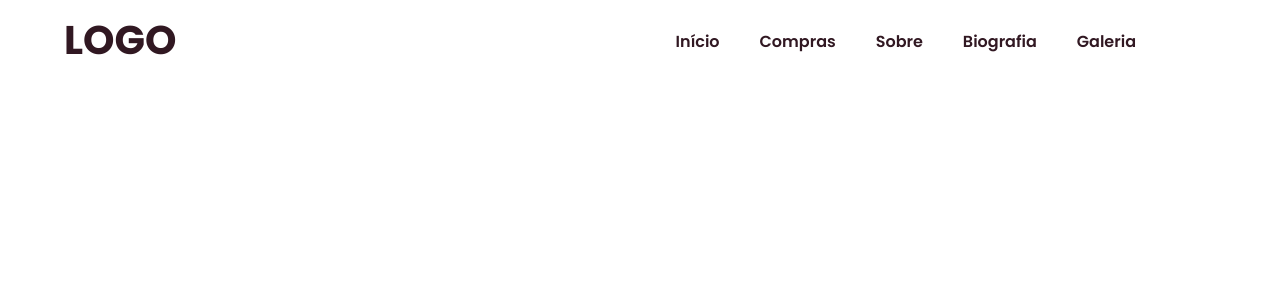
Repository: Matheus904-12/Teste
Page: teste.html
The author's editor kept a copy of each file at every save. The page is drawn from the files as they stood at one save, then again after a run of saves.
The browser window is 1280 px wide. The pictures show the whole page.
Some icons come from a web library that is not loaded, so they are not drawn.

Above is the page before, as saved 2023-11-01 10:13:09.

### teste.html
<!DOCTYPE html>
<html lang="en">
<head>
    <meta charset="UTF-8">
    <meta name="viewport" content="width=device-width, initial-scale=1.0">
    <title>Document</title>
    <link rel="stylesheet" href="css.css">
    <link rel="stylesheet" href="https://cdnjs.cloudflare.com/ajax/libs/font-awesome/6.4.0/css/all">
</head>
<body>
    <header>
        <div class="logo">
            Logo
        </div>
        <nav>
            <ul class="menu">
                <li><a href="#">Início</a></li>
                <li><a href="#">Compras</a></li>
                <li><a href="#">Sobre</a></li>
                <li><a href="#">Biografia</a></li>
                <li><a href="#">Galeria</a></li>
            </ul>
            <i class="fa-solid fa-bars" id="toggle"></i>
        </nav>
    </header>
</body>
</html>

### css.css
@import url('https://fonts.googleapis.com/css?family=Poppins:ital,wght@0,100;0,200;0,300;0,400;0,500;0,600;0,700;0,800;0,900;1,100;1,200;1,300;1,400;1,500;1,600;1,700;1,800;1,900&display=swap');

*{
    margin: 0;
    padding: 0;
    box-sizing: border-box;
    list-style: none;
    text-decoration: none;
    font-family: "Poppins", sans-serif;
}

body {
    min-height: 100vh;
    min-width: 400px;
    overflow: hidden;
}

header {
    display: flex;
    align-items: center;
    justify-content: flex-end;
    width: 100%;
    height: 80px;
    padding: 0 5%;
    color: #311822;
    font-size: 18px;
}

header .logo {
    color:#311822;
    font-size: 2.5rem;
    font-weight: 700;
    text-transform: uppercase;
    margin-right: auto;
}

header nav {
    display: flex;
    align-items: center;
}

header nav .menu {
    display: flex;
    align-items:center;
}

header nav .menu li a {
    position: relative;
    color:#311822;
    font-size: 1rem;
    font-weight: 600;
    margin-left: 40px;
    border-radius: 0.4rem;
    transition: color 0.4s ease;
}

header nav .menu li a:hover {
    color: #fff
}

header nav #toggle {
    font-size: 1.3rem;
    margin-left: 80px;
    cursor: pointer;
}

After the next 2 saves:
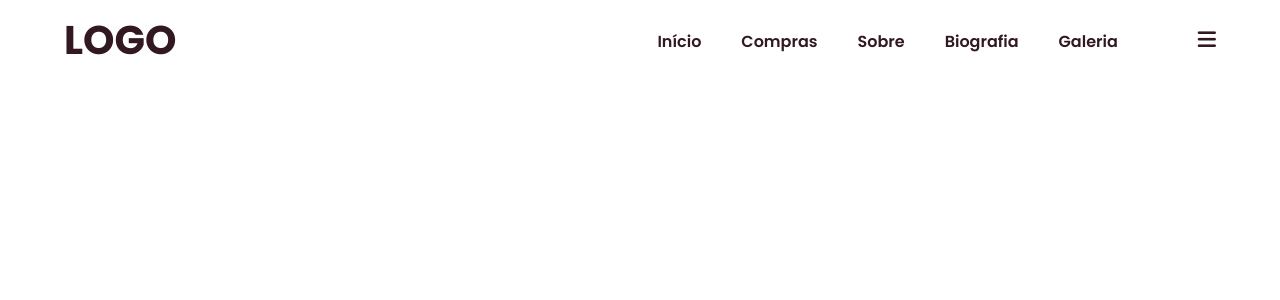
The 2 saves are shown as one change because they came seconds apart.
The last was saved 6 s later.
--- a/teste.html
+++ b/teste.html
@@ -5,7 +5,7 @@
     <meta name="viewport" content="width=device-width, initial-scale=1.0">
     <title>Document</title>
     <link rel="stylesheet" href="css.css">
-    <link rel="stylesheet" href="https://cdnjs.cloudflare.com/ajax/libs/font-awesome/6.4.0/css/all">
+    <link rel="stylesheet" href="https://cdnjs.cloudflare.com/ajax/libs/font-awesome/6.4.0/css/all.min.css">
 </head>
 <body>
     <header>
